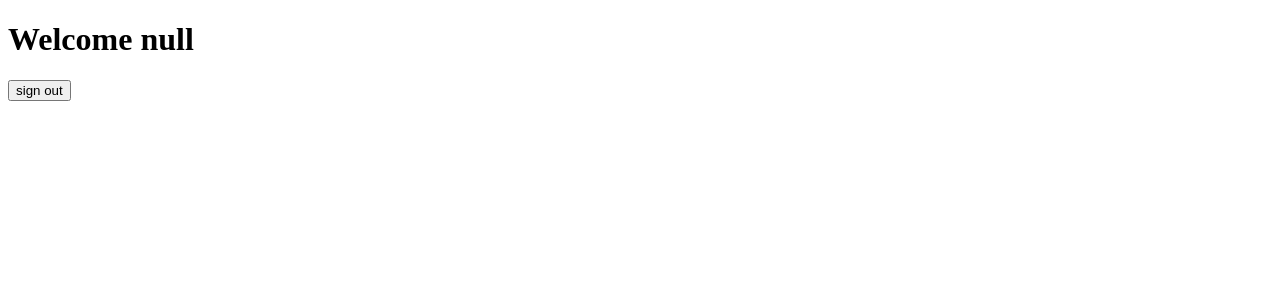
Repository: PoojaShirwaikar/BlockhainTest
Page: javascript/HTML5/WebContent/redirect.html
These files come from the project's save history. The page is drawn as it stood at one moment and after the next save; the edit follows.
The browser window is 1280 px wide. The pictures show the whole page.
Some web libraries are served in a nearby version.

Above is the page before, as saved 2017-11-16 05:53:53.

After the next save:
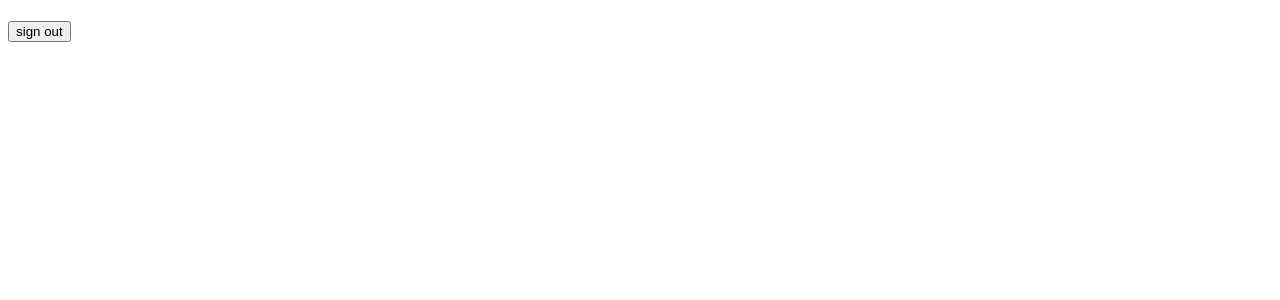
Console error: SyntaxError: Unexpected token ')'
Saved 30 s later.
--- a/javascript/HTML5/WebContent/redirect.html
+++ b/javascript/HTML5/WebContent/redirect.html
@@ -17,7 +17,7 @@
 
 		function check1() {
 			localStorage.removeItem('name');
-			$("h1").append(" Welcome " + name1);
+			$("h1").append(" Welcome " + );
 
 		}
 	</script>

After the save that followed:
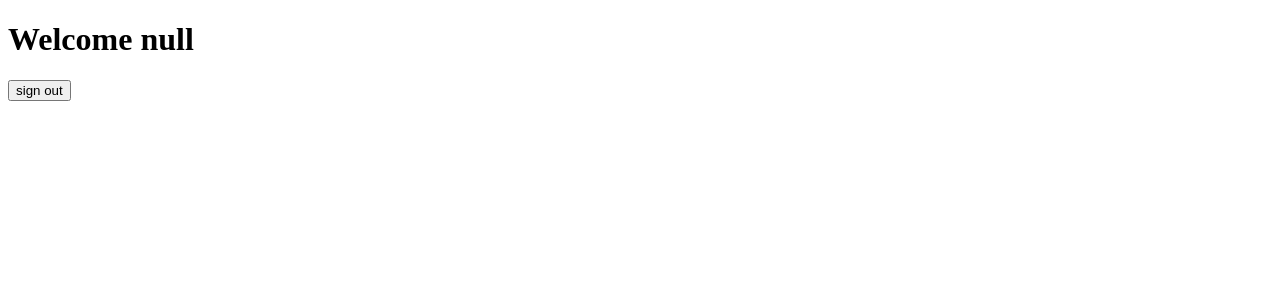
The error is gone.
Saved 6 s later.
--- a/javascript/HTML5/WebContent/redirect.html
+++ b/javascript/HTML5/WebContent/redirect.html
@@ -17,7 +17,7 @@
 
 		function check1() {
 			localStorage.removeItem('name');
-			$("h1").append(" Welcome " + );
+			$("h1").append(" Welcome " + localStorage.getItem('name'));
 
 		}
 	</script>
